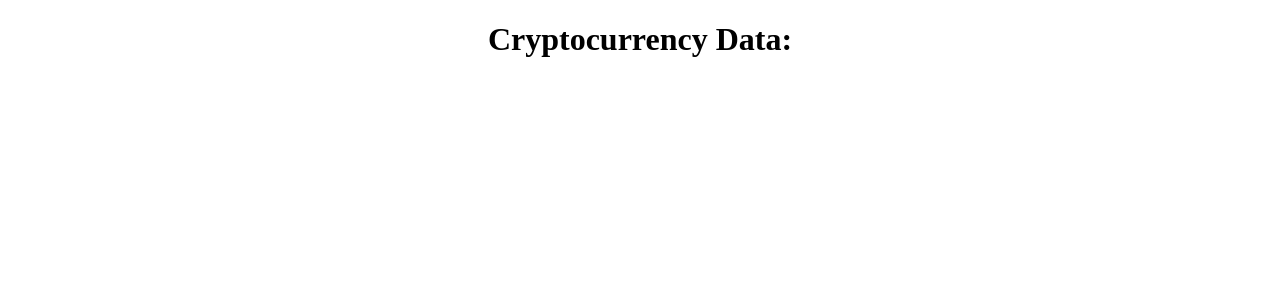
Repository: alejandroacd/cryptocurrency-market
Page: /
The author's editor kept a copy of each file at every save. The page is drawn from the files as they stood at one save, then again after the next save.
The browser window is 1280 px wide. The pictures show the whole page.
The page's requests for data from a server got no answer. The project was rebuilt for these pictures with package versions that can differ from the ones it lists, and the page was loaded fresh each time. No one was signed in, and anything a server would have sent is missing.

Above is the page before, as saved 2021-06-29 12:06:49.

### src/App.js
import Axios from 'axios';
import React, {useEffect, useState}  from 'react'
import './App.css';


function App() {
  const [value,setValue] = useState();



  useEffect(() => {
    Axios.get('https://api.coingecko.com/api/v3/coins/markets?vs_currency=usd&order=market_cap_desc&per_page=100&page=1&sparkline=false')
    .then(res => {
      setValue(res.data)
    })
    .catch(err => {
      console.log(err)
    })
  }, [])


  return (
    <div className="App">
      <h1>Cryptocurrency Data:</h1>
      <div className='input-container'>


      </div>

    </div>
  );
}

export default App;

Loaded but not shown: public/index.html (common file); src/index.js (common file); src/App.css (common file)

After the next save:
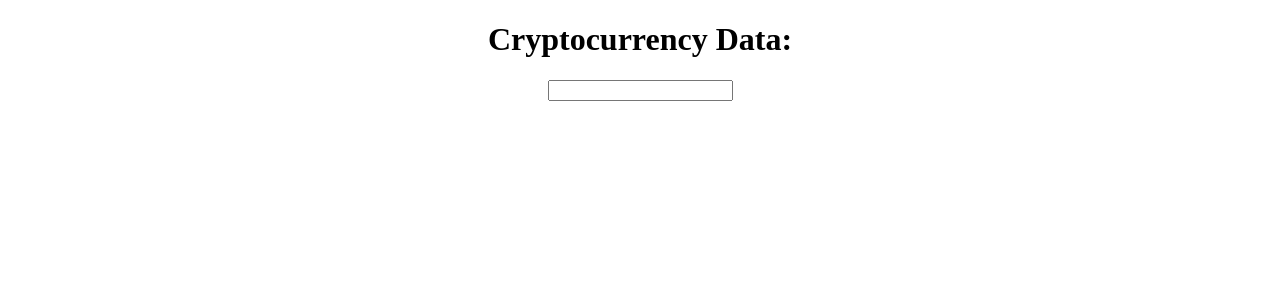
Saved 17 s later.
--- a/src/App.js
+++ b/src/App.js
@@ -23,8 +23,7 @@
     <div className="App">
       <h1>Cryptocurrency Data:</h1>
       <div className='input-container'>
-
-
+        <input type="text"></input>
       </div>
 
     </div>

After the 2 saves that followed:
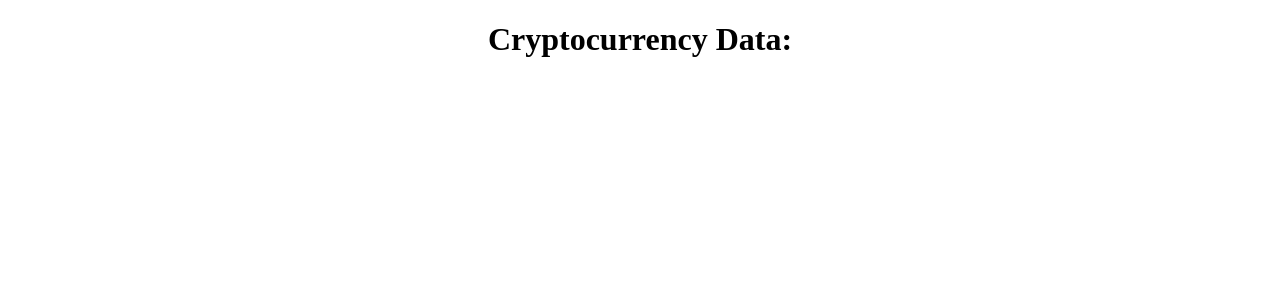
The 2 saves are shown as one change because 1 left the picture as it was.
The last was saved 63 s later.
--- a/src/App.js
+++ b/src/App.js
@@ -23,7 +23,9 @@
     <div className="App">
       <h1>Cryptocurrency Data:</h1>
       <div className='input-container'>
-        <input type="text"></input>
+        <form>
+
+        </form>
       </div>
 
     </div>
